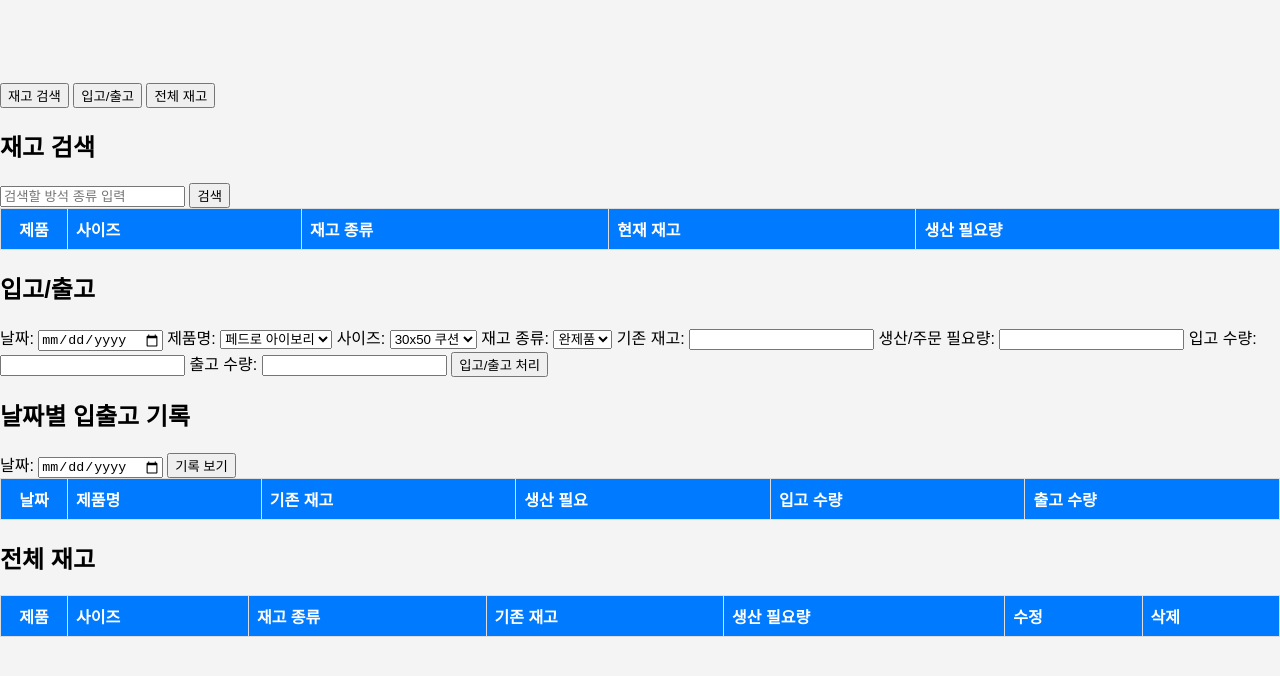
Repository: bluefoginthecup/inventory
Page: public/index.html
The author's editor kept a copy of each file at every save. The page is drawn from the files as they stood at one save, then again after the next save.
The browser window is 1280 px wide. The pictures show the whole page.

Above is the page before, as saved 2025-01-05 17:14:32.
Console error: TypeError: Cannot read properties of null (reading 'addEventListener')

### public/index.html
<!DOCTYPE html>
<html lang="en">
<head>
    <meta charset="UTF-8">
    <meta name="viewport" content="width=device-width, initial-scale=1.0">
    <title>재고 관리 시스템</title>
    <link rel="stylesheet" href="styles.css">
</head>
<body>
    <div class="main-container">
        <!-- 탭 메뉴 -->
        <div class="tab-container">
            <button class="tab-button active" id="searchTab">재고 검색</button>
            <button class="tab-button" id="movementTab">입고/출고</button>
            <button class="tab-button" id="allStockTab">전체 재고</button>
        </div>

        <!-- 섹션 1: 재고 검색 -->
        <section id="searchSection" class="section active">
            <h2>재고 검색</h2>
            <input type="text" id="searchInput" placeholder="검색할 방석 종류 입력">
            <button id="searchBtn">검색</button>
            <table id="searchResults">
                <thead>
                    <tr>
                        <th>제품</th>
                        <th>사이즈</th>
                        <th>재고 종류</th>
                        <th>현재 재고</th>
                        <th>생산 필요량</th>
                    </tr>
                </thead>
                <tbody>
                    <!-- 검색 결과 테이블 -->
                </tbody>
            </table>
        </section>


        <!-- 섹션 2: 입고/출고 처리 -->
        <section id="movementSection" class="section">
            <h2>입고/출고</h2>
            <form id="stockForm">
                <label for="stockDate">날짜:</label>
                <input type="date" id="stockDate" name="stockDate" required>

                <label for="product">제품명:</label>
                <select id="product" name="product" required>
                    <option value="pedro_ivory">페드로 아이보리</option>
                    <option value="pedro_gray">페드로 그레이</option>
                    <option value="pedro_blue">페드로 블루</option>
                    <!-- 추가 제품 옵션 -->
                </select>

                <label for="size">사이즈:</label>
                <select id="size" name="size" required>
                    <option value="30x50_cushion">30x50 쿠션</option>
                    <option value="40_cushion">40 쿠션</option>
                    <!-- 추가 사이즈 옵션 -->
                </select>

                <label for="type">재고 종류:</label>
                <select id="type" name="type" required>
                    <option value="finished">완제품</option>
                    <option value="embroidery">자수물</option>
                    <option value="cutting">재단물</option>
                    <!-- 추가 재고 종류 옵션 -->
                </select>


                <label for="stockAmount">기존 재고:</label>
                <input type="number" id="stockAmount" name="stockAmount" required>

                <label for="neededAmount">생산/주문 필요량:</label>
                <input type="number" id="neededAmount" name="neededAmount" required>

                <label for="incomingAmount">입고 수량:</label>
                <input type="number" id="incomingAmount" name="incomingAmount" required>

                <label for="outgoingAmount">출고 수량:</label>
                <input type="number" id="outgoingAmount" name="outgoingAmount" required>

                <button type="button" id="submitButton">입고/출고 처리</button>
            </form>
        </section>


        <!-- 섹션 4: 날짜별 입출고 기록 -->
        <section id="dailyLogsSection" class="section">
            <h2>날짜별 입출고 기록</h2>
            <form id="dailyLogsForm">
                <label for="logDate">날짜:</label>
                <input type="date" id="logDate" name="logDate" required>

                <button type="button" id="viewLogsButton">기록 보기</button>
            </form>

            <table id="dailyLogsTable">
                <thead>
                    <tr>
                        <th>날짜</th>
                        <th>제품명</th>
                        <th>기존 재고</th>
                        <th>생산 필요</th>
                        <th>입고 수량</th>
                        <th>출고 수량</th>
                    </tr>
                </thead>
                <tbody>
                    <!-- 날짜별 기록 데이터 -->
                </tbody>
            </table>
        </section>



        <!-- 섹션 3: 전체 재고 -->
        <section id="allStockSection" class="section">
            <h2>전체 재고</h2>
            <table id="allStockTable">
                <thead>
                    <tr>
                        <th>제품</th>
                        <th>사이즈</th>
                        <th>재고 종류</th>
                        <th>기존 재고</th>
                        <th>생산 필요량</th>
                        <th>수정</th>
                        <th>삭제</th>
                    </tr>
                </thead>
                <tbody>
                    <!-- 전체 재고 테이블 -->
                </tbody>
            </table>
        </section>
    </div>

    <script src="bundle.js"></script>
</body>
</html>

### styles.css
body {
    font-family: Arial, sans-serif;
    display: flex;
    justify-content: center;
    align-items: center;
    height: 100vh;
    margin: 0;
    background-color: #f4f4f4;
    flex-direction: column;
}
.form-container {
    background: #fff;
    padding: 20px;
    border-radius: 8px;
    box-shadow: 0 4px 6px rgba(0, 0, 0, 0.1);
    width: 300px;
    text-align: center;
    margin-bottom: 20px;
}
.form-container h2 {
    margin-bottom: 20px;
}
.form-container input {
    width: 100%;
    padding: 10px;
    margin: 10px 0;
    border: 1px solid #ccc;
    border-radius: 4px;
    box-sizing: border-box;
}
.form-container button {
    background-color: #007BFF;
    color: #fff;
    border: none;
    padding: 10px 20px;
    border-radius: 4px;
    cursor: pointer;
}
.form-container button:hover {
    background-color: #0056b3;
}
.table-container {
    width: 80%;
    max-width: 600px;
    background: #fff;
    padding: 20px;
    border-radius: 8px;
    box-shadow: 0 4px 6px rgba(0, 0, 0, 0.1);
}
table {
    width: 100%;
    border-collapse: collapse;
}
table th, table td {
    border: 1px solid #ddd;
    padding: 8px;
    text-align: left;
}
table th {
    background-color: #007BFF;
    color: white;
}

table th:first-child,
table td:first-child {
    width: 50px;
    text-align: center;
}

Loaded but not shown: dist/bundle.js (library)

After the next save:
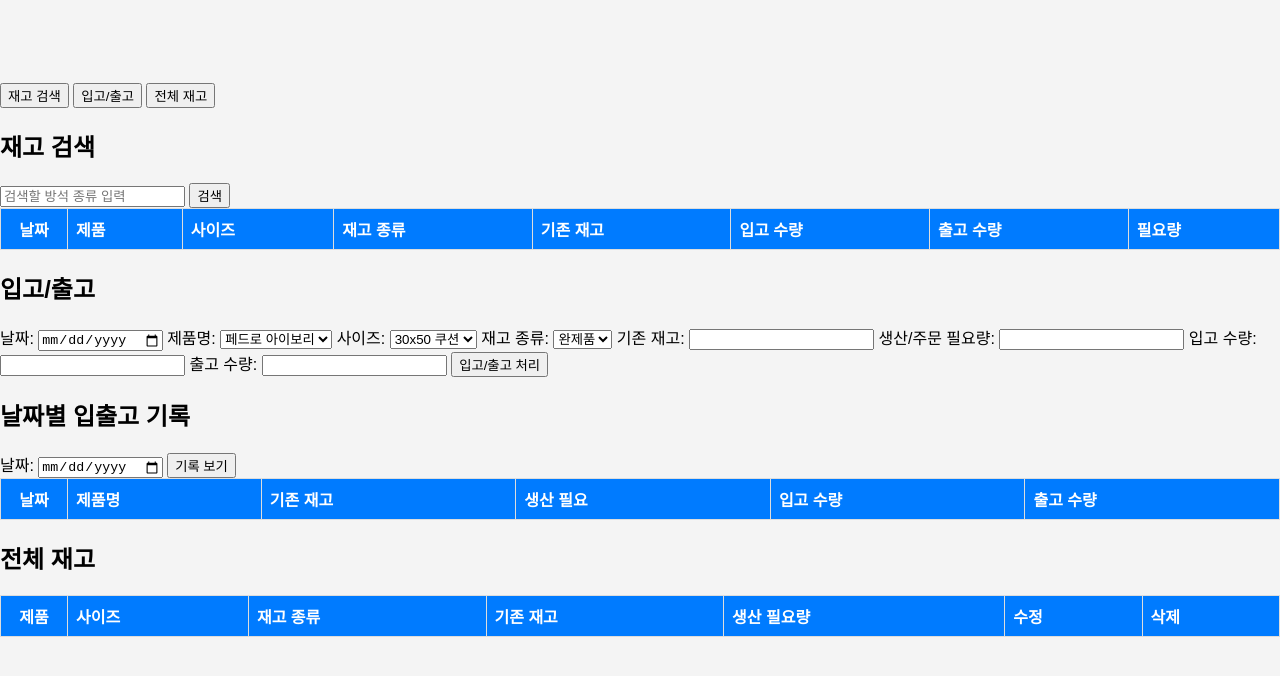
Saved 102 s later.
--- a/public/index.html
+++ b/public/index.html
@@ -18,16 +18,22 @@
         <!-- 섹션 1: 재고 검색 -->
         <section id="searchSection" class="section active">
             <h2>재고 검색</h2>
-            <input type="text" id="searchInput" placeholder="검색할 방석 종류 입력">
-            <button id="searchBtn">검색</button>
+            <form id="searchForm">
+                <input type="text" id="searchInput" placeholder="검색할 방석 종류 입력" required>
+
+                <button type="button" id="searchBtn">검색</button>
+            </form>
             <table id="searchResults">
                 <thead>
                     <tr>
+                        <th>날짜</th>
                         <th>제품</th>
                         <th>사이즈</th>
                         <th>재고 종류</th>
-                        <th>현재 재고</th>
-                        <th>생산 필요량</th>
+                        <th>기존 재고</th>
+                        <th>입고 수량</th>
+                        <th>출고 수량</th>
+                        <th>필요량</th>
                     </tr>
                 </thead>
                 <tbody>
